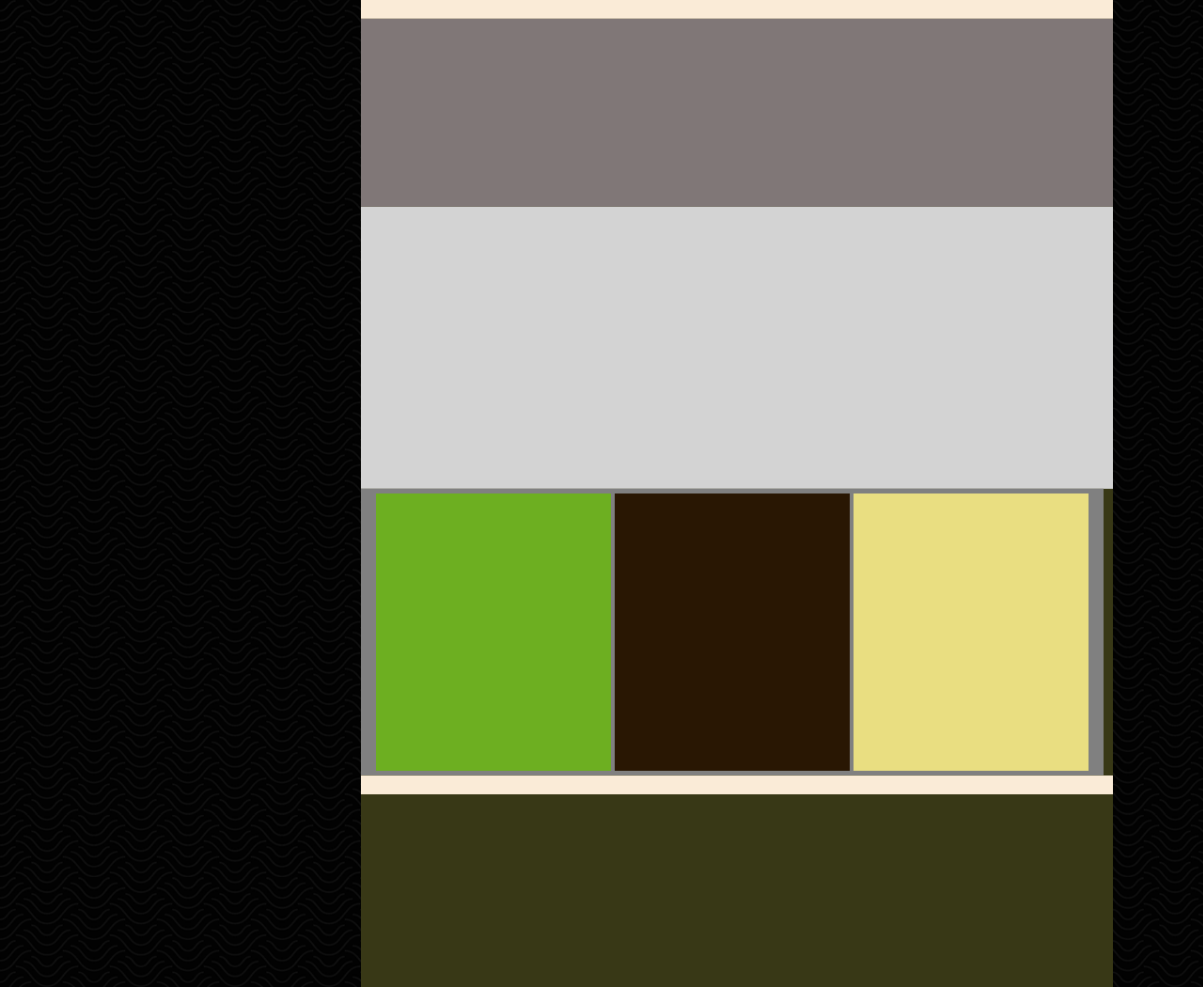
Repository: roge64/htmlfrontend
Page: index.html
The author's editor kept a copy of each file at every save. The page is drawn from the files as they stood at one save, then again after the next save.
The browser window is 1280 px wide. The pictures show the whole page, at 94% of full size.

Above is the page before, as saved 2022-03-02 12:16:08.

### index.html
<!DOCTYPE html>
<html lang="en">
<head>
    <meta charset="UTF-8">
    <meta http-equiv="X-UA-Compatible" content="IE=edge">
    <meta name="viewport" content="width=device-width, initial-scale=1.0">
    <title>3 Cakes</title>
    <link rel="stylesheet" href="estilos/estilos.css">
</head>

<body>

<!-- <div>
 -->
    <section id="container">

        <header>
        <!-- <h1><img src="" alt="logo.png"></h1> -->
        </header>

        <section id="banner">

        </section>

        <section id="noticias">

        </section>

        <section id="tienda">
            <article id="cake1"></article>
            <article id="cake2"></article>
            <article id="cake3"></article>

        </section>

        <section id="marcas">

        </section>

        <footer>

        </footer>

    </section>
<!-- </div> -->

</body>

</html>

### estilos/estilos.css
*{
    border: 0 ;
    margin: 0 ;
    padding: 0;
}

body{
    background-color: rgb(0, 0, 0);
    width:40%;
    margin-left:auto;
    margin-right:auto;
    background-image: url("/img/papyrus-dark.png");
}

#container, header, #banner, #noticias, #tienda, footer{
    background-color:rgb(56, 56, 22);
    height: 1050px;
    width: 800px;

}

header{
    background-color:antiquewhite;

    height: 20px;

}

#banner{
    background-color:rgb(128, 119, 119) ;

    height: 200px;
}


#noticias{
    background-color: lightgray;

    height: 300px;
}

#tienda{
    background-color: grey;
    height: 300px;
    width: 780px;
    padding-left: 5px;
    padding-right: 5px;
    padding-top: 5px;
    text-align: center;
}

footer{
    background-color:antiquewhite;

    height: 20px;
}

#tienda #cake1{
    background: rgb(109, 175, 33);
    width: 250px;
    height: 295px;
    display: inline-block;
    vertical-align: top;
}

#tienda #cake2{
    background: rgb(41, 23, 3);
    width: 250px;
    height: 295px;
    display: inline-block;
    vertical-align: top;
}

#tienda #cake3{
    background: rgb(233, 222, 129);
    width: 250px;
    height: 295px;
    display: inline-block;
    vertical-align: top;
}

After the next save:
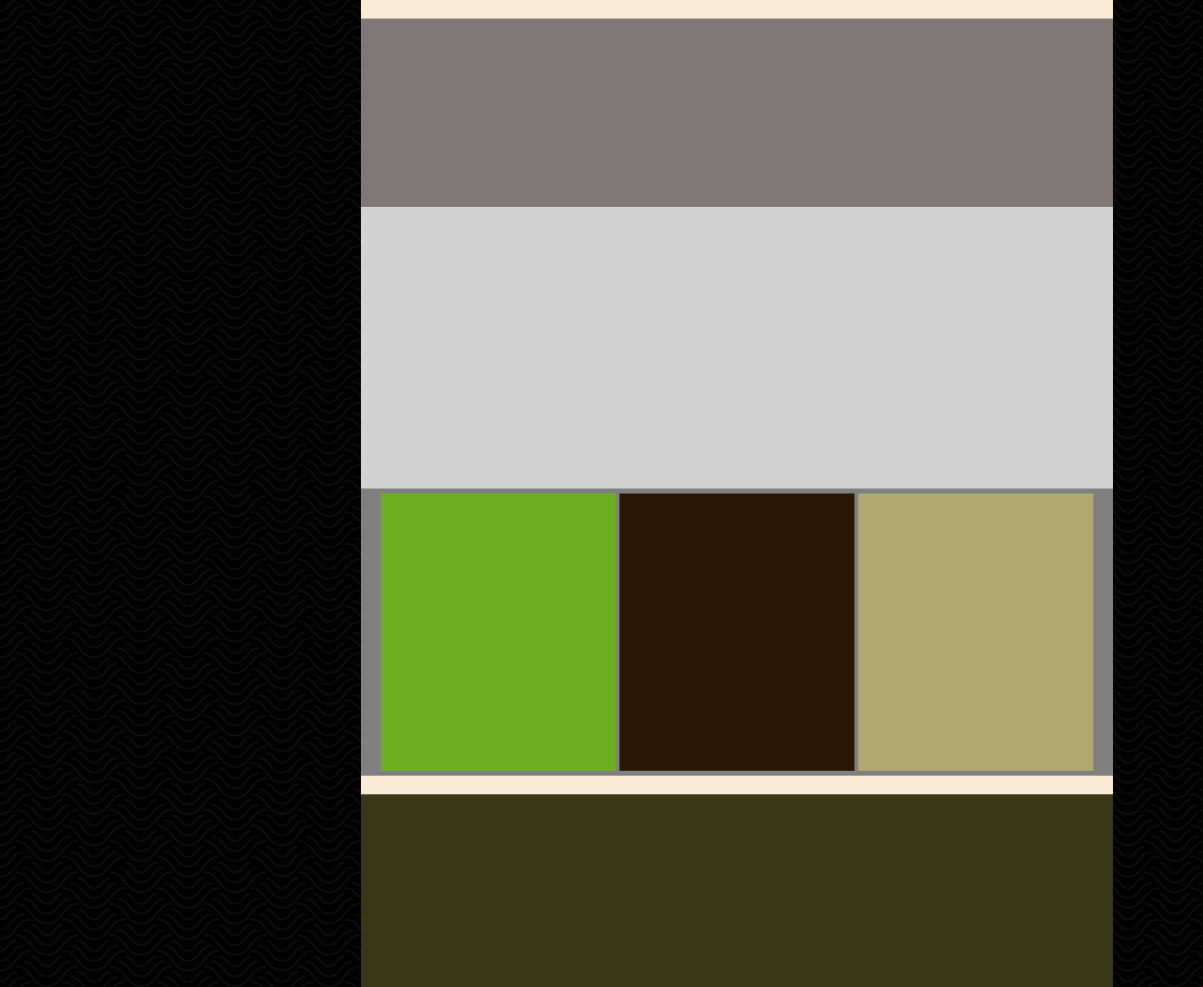
Saved 16 s later.
--- a/estilos/estilos.css
+++ b/estilos/estilos.css
@@ -43,8 +43,8 @@
     background-color: grey;
     height: 300px;
     width: 780px;
-    padding-left: 5px;
-    padding-right: 5px;
+    padding-left: 10px;
+    padding-right: 10px;
     padding-top: 5px;
     text-align: center;
 }
@@ -72,7 +72,7 @@
 }
 
 #tienda #cake3{
-    background: rgb(233, 222, 129);
+    background: rgb(175, 169, 112);
     width: 250px;
     height: 295px;
     display: inline-block;
